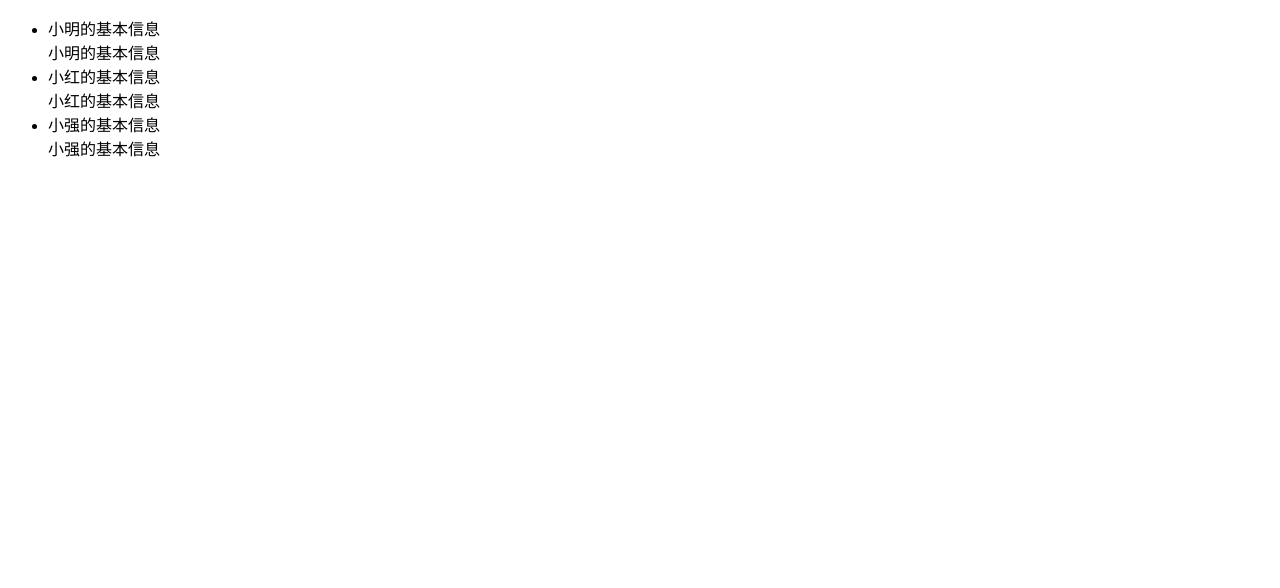
Repository: wanghuan19961020/Vue2.x-Study-Notes
Page: Vue2.x-mustache模板引擎/mustache-study/01_数据变为视图-纯DOM法.html
These files come from the project's save history. The page is drawn as it stood at one moment and after the next save; the edit follows.
The browser window is 1280 px wide. The pictures show the whole page.

Above is the page before, as saved 2021-02-04 16:27:04.

After the next save:
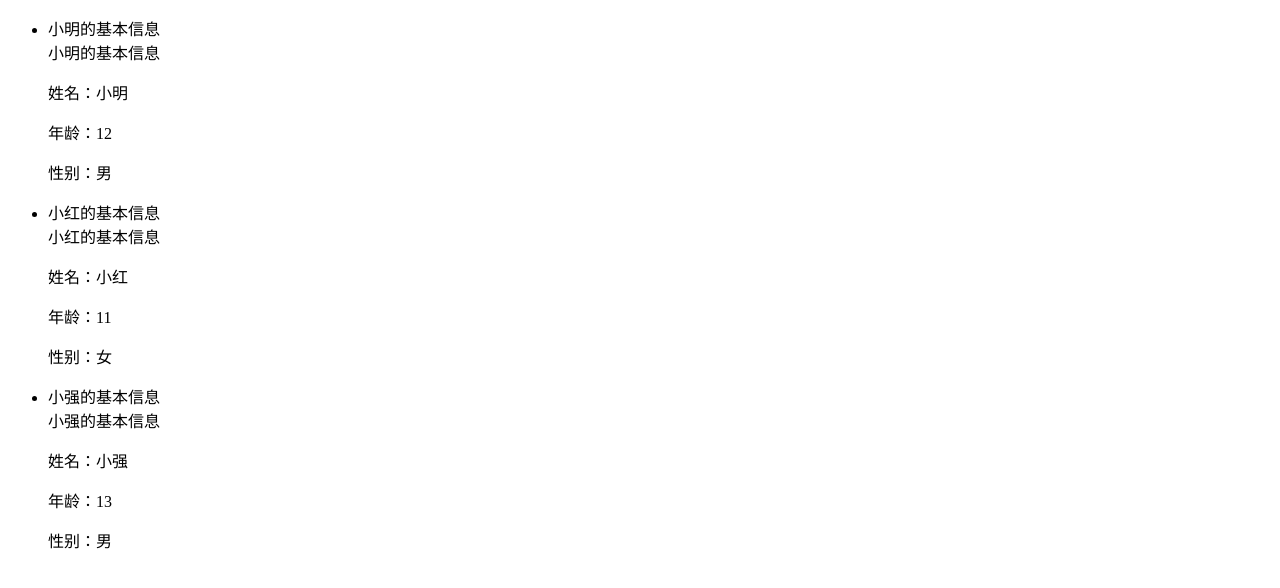
Saved 2 min 39 s later.
--- a/Vue2.x-mustache模板引擎/mustache-study/01_数据变为视图-纯DOM法.html
+++ b/Vue2.x-mustache模板引擎/mustache-study/01_数据变为视图-纯DOM法.html
@@ -28,6 +28,16 @@
       let bdDiv = document.createElement('div')
       bdDiv.className = 'bd'
       bdDiv.innerText = arr[i].name + '的基本信息'
+      // 创建 3 个 p
+      let p1 = document.createElement('p')
+      p1.innerText = '姓名：' + arr[i].name
+      bdDiv.appendChild(p1)
+      let p2 = document.createElement('p')
+      p2.innerText = '年龄：' + arr[i].age
+      bdDiv.appendChild(p2)
+      let p3 = document.createElement('p')
+      p3.innerText = '性别：' + arr[i].sex
+      bdDiv.appendChild(p3)
       oLi.appendChild(bdDiv)
       // 内部文字
       // oLi.innerHTML = arr[i].name
